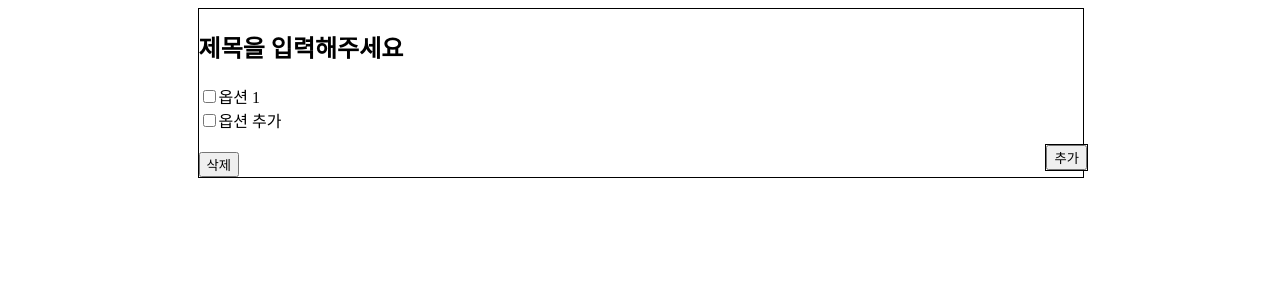
Repository: binigy97/VoteStie
Page: voteWeb/src/main/resources/static/index.html
The author's editor kept a copy of each file at every save. The page is drawn from the files as they stood at one save, then again after the next save.
The browser window is 1280 px wide. The pictures show the whole page.

Above is the page before, as saved 2022-02-23 22:08:37.

After the next save:
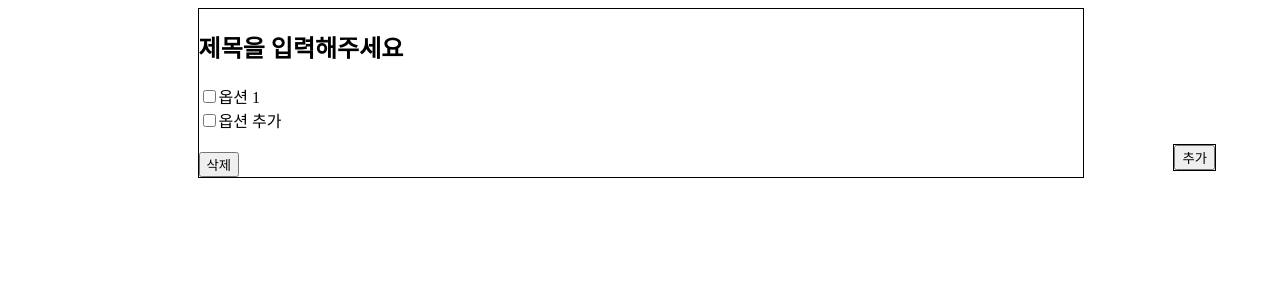
Saved 3 s later.
--- a/voteWeb/src/main/resources/static/index.html
+++ b/voteWeb/src/main/resources/static/index.html
@@ -19,7 +19,7 @@ body > article {
 	float: right;
 	position: absolute;
 	top: 20%;
-	right: 15%;
+	right: 5%;
 }
 div > label {
 	display: block;
